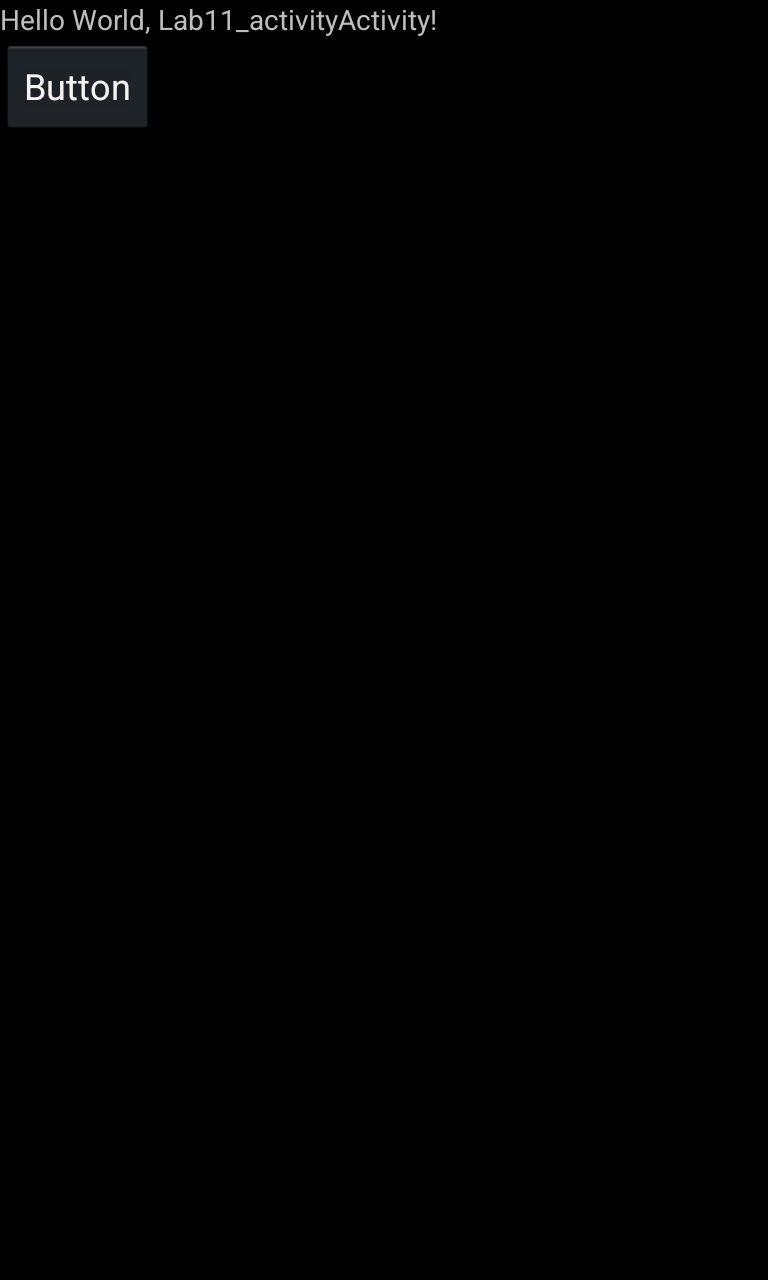
Repository: dorisserruto/un_exercises
Layout: javaandroid/Recursos/workspace-profe/lab11_activity/res/layout/main.xml
These files come from the project's save history. The layout is drawn as it stood at one moment and after a run of saves; the edit follows.
It is drawn on a 768 x 1280 px phone screen (xhdpi) without system bars, with theme android:Theme.Holo; the app's code is not run.

Above is the layout before, as saved 2012-06-23 22:56:14.

After the next 4 saves:
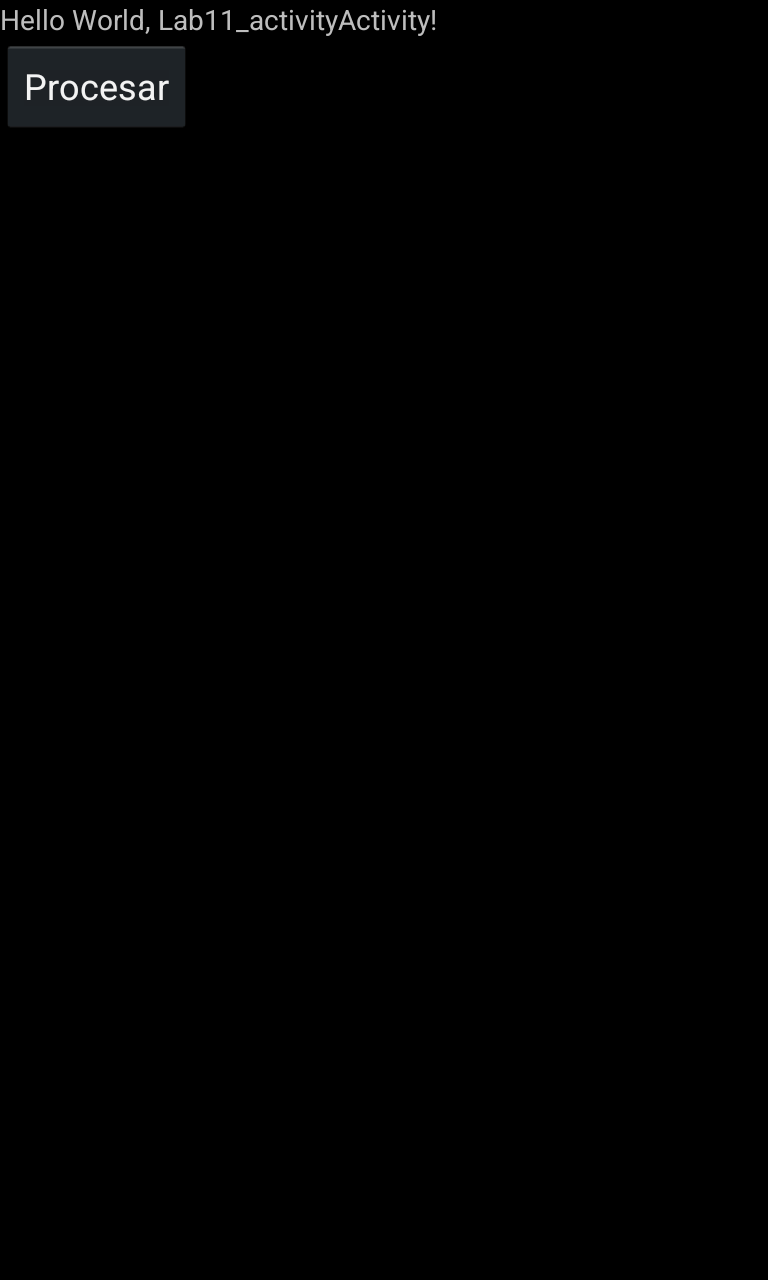
The 4 saves are shown as one change because 3 did not build or start.
The last was saved 6 min 48 s later.
--- a/javaandroid/Recursos/workspace-profe/lab11_activity/res/layout/main.xml
+++ b/javaandroid/Recursos/workspace-profe/lab11_activity/res/layout/main.xml
@@ -11,9 +11,9 @@
         android:text="@string/hello" />
 
     <Button
-        android:id="@+id/button1"
+        android:id="@+id/btnProcesar"
         android:layout_width="wrap_content"
         android:layout_height="wrap_content"
-        android:text="Button" />
+        android:text="Procesar" />
 
 </LinearLayout>
